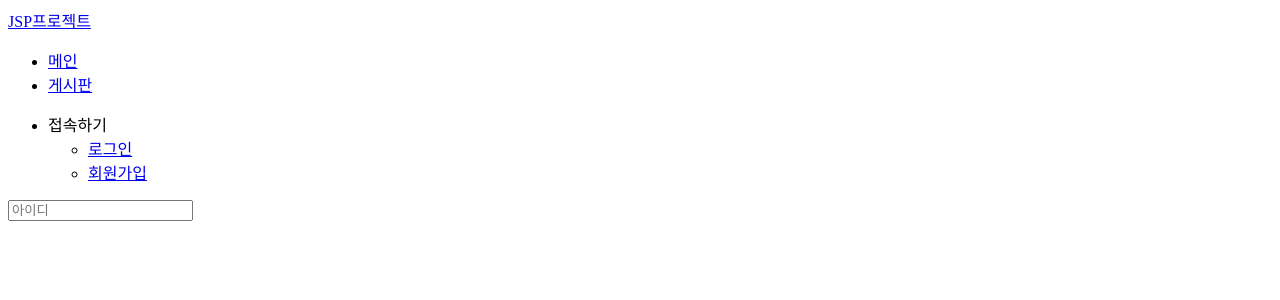
Repository: KimJeongSeok98/ComputerDepartmentPage-JSP
Page: http://localhost/JSP/join.jsp
An editor plug-in stored every save of this project. The page is shown before and after the next save, followed by the edit.
The browser window is 1280 px wide. The pictures show the whole page.
The page is served by Tomcat 9.

Above is the page before, as saved 2022-06-02 13:31:00.

After the next save:
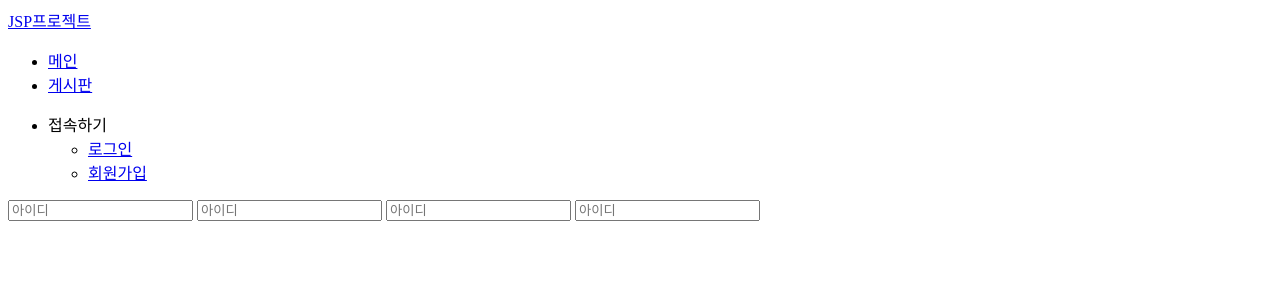
Saved 32 s later.
--- a/JSP/src/main/webapp/join.jsp
+++ b/JSP/src/main/webapp/join.jsp
@@ -36,7 +36,10 @@
 </div>
 <div class="container"> <!--로그인 양식 생성-->
 	<form method="post" action="loginAction.jsp"><!--post:정보를 숨기면서 보내는 메소드 / 로그인 액션으로 로그인 정보를 보내는것 -->
-		<input type="text" class="form-control" placeholder="아이디" name="userID"> <!--아이디-->
+		<input type="text" class="form-control" placeholder="아이디" name="userID"> <!--아이디/name="userID" << DB-->
+		<input type="text" class="form-control" placeholder="아이디" name="userID"> <!--아이디/name="userID" << DB-->
+		<input type="text" class="form-control" placeholder="아이디" name="userID"> <!--아이디/name="userID" << DB-->
+		<input type="text" class="form-control" placeholder="아이디" name="userID"> <!--아이디/name="userID" << DB-->
 	</form>
 </div>
 </body>
